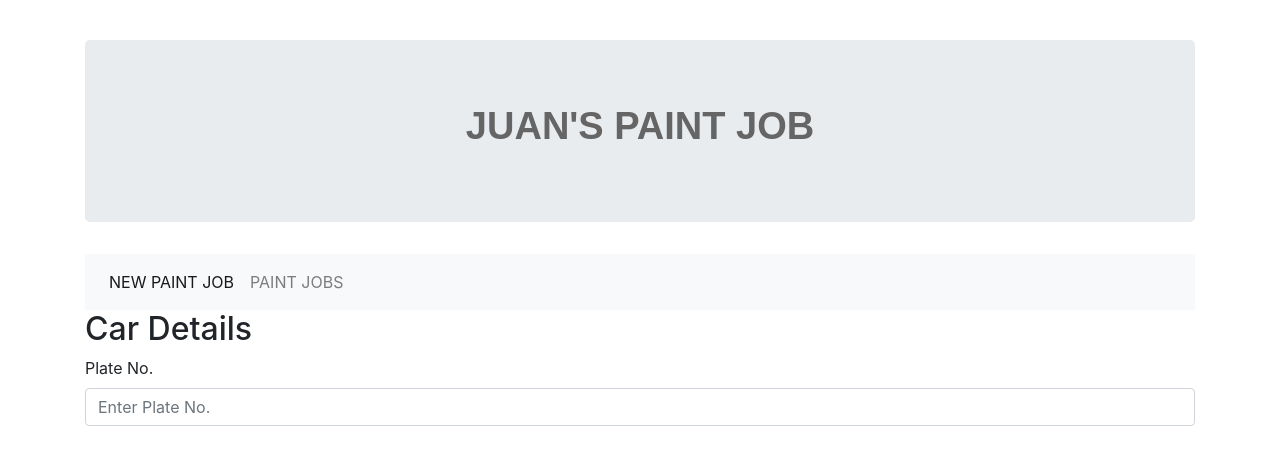
Repository: soycaringal/paint-job
Page: http://localhost/
These files come from the project's save history. The page is drawn as it stood at one moment and after the next save; the edit follows.
The browser window is 1280 px wide. The pictures show the whole page.
The page is served by the project's Laravel application, run on PHP 8.4 with Laravel 8. Other server files are loaded and not shown.

Above is the page before, as saved 2020-02-21 22:32:32.

### resources/views/welcome.blade.php
<!DOCTYPE html>
<html lang="{{ str_replace('_', '-', app()->getLocale()) }}">
    <head>
        <meta charset="utf-8">
        <meta name="viewport" content="width=device-width, initial-scale=1">

        <title>Laravel</title>

        <!-- Fonts -->
        <link href="https://fonts.googleapis.com/css?family=Nunito:200,600" rel="stylesheet">
        <link rel="stylesheet" href="https://stackpath.bootstrapcdn.com/bootstrap/4.1.3/css/bootstrap.min.css" integrity="sha384-MCw98/SFnGE8fJT3GXwEOngsV7Zt27NXFoaoApmYm81iuXoPkFOJwJ8ERdknLPMO" crossorigin="anonymous">
        <script src="https://code.jquery.com/jquery-3.3.1.slim.min.js" integrity="sha384-q8i/X+965DzO0rT7abK41JStQIAqVgRVzpbzo5smXKp4YfRvH+8abtTE1Pi6jizo" crossorigin="anonymous"></script>
        <script src="https://cdnjs.cloudflare.com/ajax/libs/popper.js/1.14.3/umd/popper.min.js" integrity="sha384-ZMP7rVo3mIykV+2+9J3UJ46jBk0WLaUAdn689aCwoqbBJiSnjAK/l8WvCWPIPm49" crossorigin="anonymous"></script>
        <script src="https://stackpath.bootstrapcdn.com/bootstrap/4.1.3/js/bootstrap.min.js" integrity="sha384-ChfqqxuZUCnJSK3+MXmPNIyE6ZbWh2IMqE241rYiqJxyMiZ6OW/JmZQ5stwEULTy" crossorigin="anonymous"></script>
        <link href="/css/main.css" rel="stylesheet">
    </head>
    <body>
        <div class="container">
            <header>
                <div class="jumbotron text-center">
                    <h1>Juan's Paint Job</h1>
                </div>
                <nav class="navbar navbar-expand-lg navbar-light bg-light">
                    <div class="collapse navbar-collapse" id="navbarText">
                        <ul class="navbar-nav mr-auto">
                            <li class="nav-item active">
                                <a class="nav-link" href="/">NEW PAINT JOB</a>
                            </li>
                            <li class="nav-item">
                                <a class="nav-link" href="/jobs">PAINT JOBS</a>
                            </li>
                            </li>
                        </ul>
                    </div>
                </nav>
            </header>


            <main>
                <section>
                    <h2>Car Details</h2>
                    <div class="form-group">
                        <label>Plate No.</label>
                        <input type="text" class="form-control" placeholder="Enter Plate No.">
                    </div>
                </section>
            </main>

        </div>
    </body>
</html>

### public/css/main.css
header {
    margin-top: 40px;
}

header h1 {
    font-family: 'arial';
    font-weight: bold;
    font-size: 38px;
    text-transform: uppercase;
    color: #656565;
}

.navbar {
    /* background-color: #e9695b; */
}

Loaded but not shown: routes/web.php (common file)

After the next save:
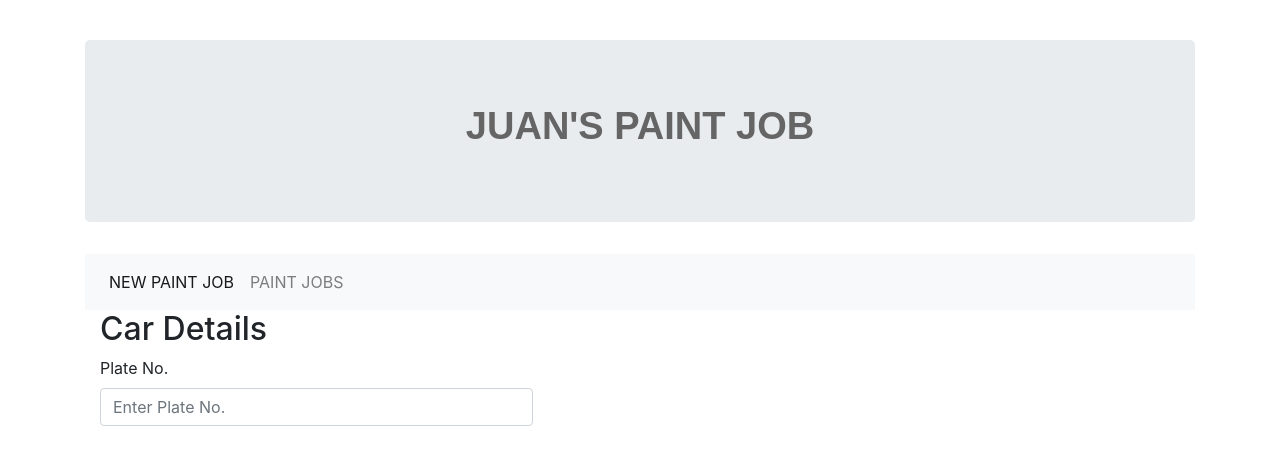
Saved 15 s later.
--- a/resources/views/welcome.blade.php
+++ b/resources/views/welcome.blade.php
@@ -37,7 +37,7 @@
 
 
             <main>
-                <section>
+                <section class="col-5">
                     <h2>Car Details</h2>
                     <div class="form-group">
                         <label>Plate No.</label>
